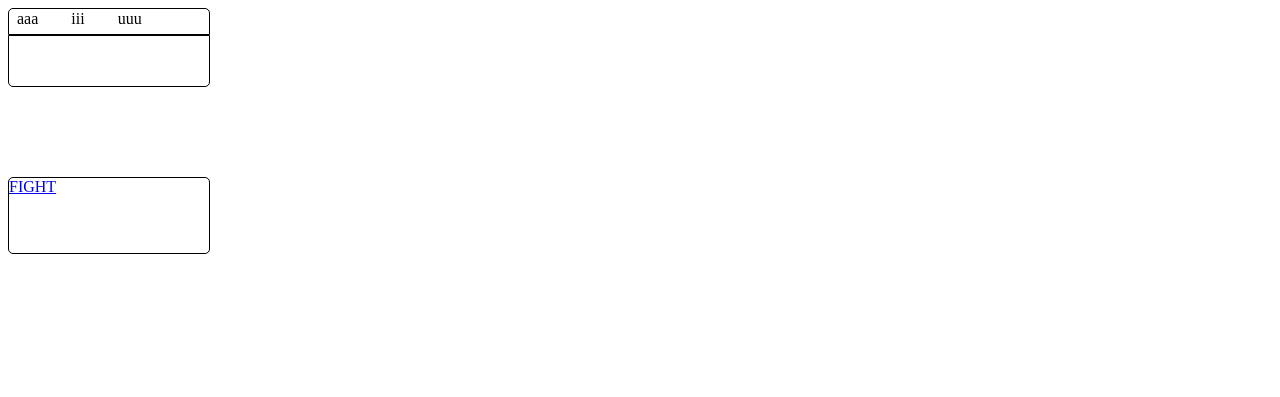
Repository: kousuke-2047/test
Page: http://localhost/Oldmove/
An editor plug-in stored every save of this project. The page is shown before and after the next save, followed by the edit.
The browser window is 1280 px wide. The pictures show the whole page.
The page is served by Tomcat 9.

Above is the page before, as saved 2018-06-21 08:36:48.

After the next save:
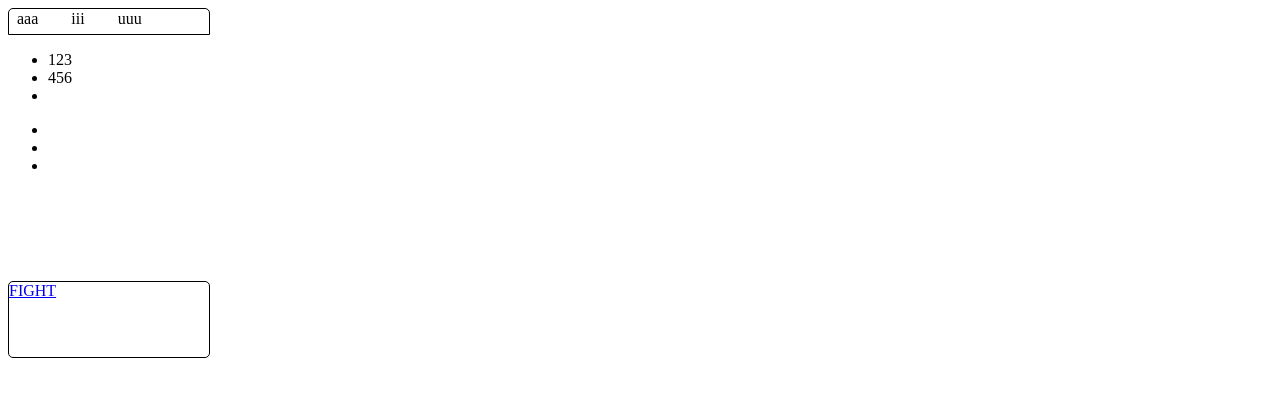
Saved 6 min 1 s later.
--- a/Oldmove/WebContent/index.jsp
+++ b/Oldmove/WebContent/index.jsp
@@ -18,7 +18,19 @@
 			<li>uuu</li>
 		</ul>
 	</div>
-	<div class="datebox">
+	<div class="hpbox">
+		<ul>
+			<li>123</li>
+			<li>456</li>
+			<li></li>
+		</ul>
+	</div>
+	<div class="mpbox">
+		<ul>
+			<li></li>
+			<li></li>
+			<li></li>
+		</ul>
 	</div>
 	<div class="enemybox">
 	</div>
--- a/Oldmove/WebContent/css/style.css
+++ b/Oldmove/WebContent/css/style.css
@@ -15,6 +15,15 @@
 	bottom:15px;
 	right:65px;
 }
+
+
+
+
+
+
+
+
+
 .datebox{
 	height:50px;
 	width:200px;
